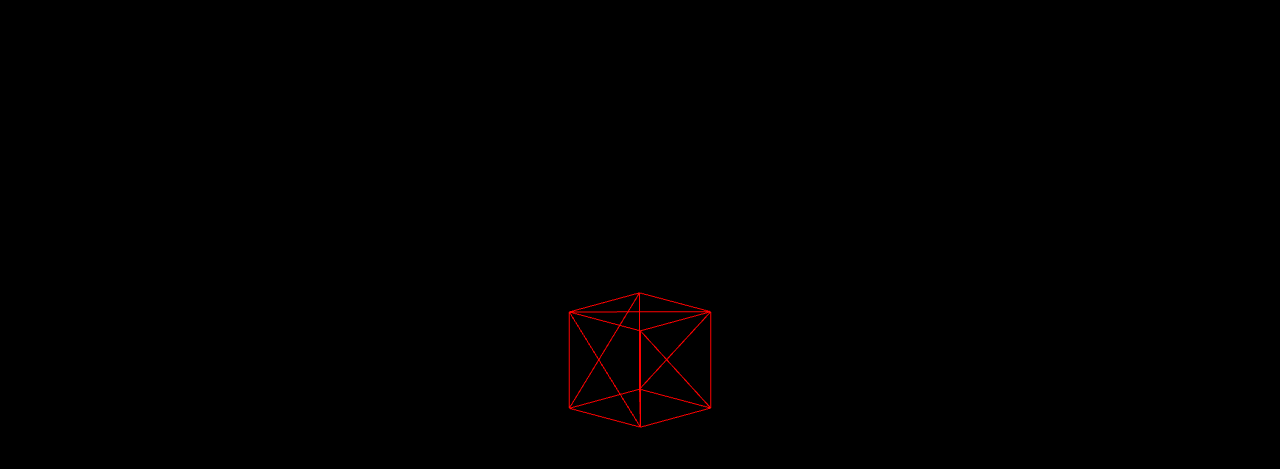
Repository: otterolie/multipleWindow3dScene
Page: multipleWindow3dScene/index.html
An editor plug-in stored every save of this project. The page is shown before and after the next save, followed by the edit.
The browser window is 1280 px wide. The pictures show the whole page.

Above is the page before, as saved 2023-11-23 18:28:29.

After the next save:
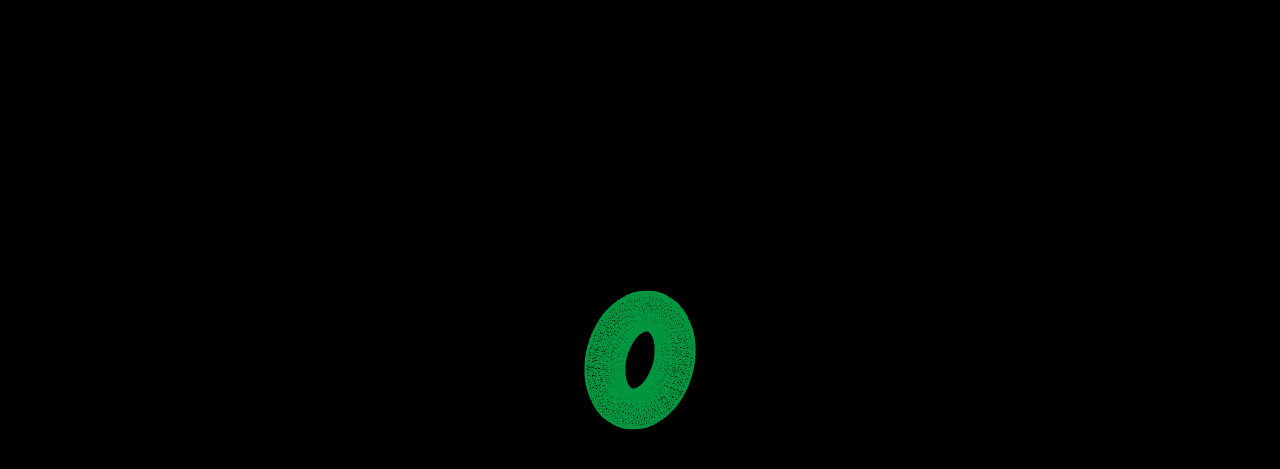
Saved 48 s later.
--- a/multipleWindow3dScene/main.js
+++ b/multipleWindow3dScene/main.js
@@ -104,30 +104,25 @@ if (new URLSearchParams(window.location.search).get("clear")) {
   function updateNumberOfCubes() {
     let wins = windowManager.getWindows();
 
-    // remove all cubes
-    cubes.forEach((c) => {
-      world.remove(c);
-    });
-
+    cubes.forEach((c) => world.remove(c));
     cubes = [];
 
-    // add new cubes based on the current window setup
     for (let i = 0; i < wins.length; i++) {
       let win = wins[i];
 
-      let c = new t.Color();
-      c.setHSL(i * 0.1, 1.0, 0.5);
+      // Create a random color
+      let c = new t.Color(Math.random(), Math.random(), Math.random());
 
-      let s = 100 + i * 50;
-      let cube = new t.Mesh(
-        new t.BoxGeometry(s, s, s),
+      // Create a torus geometry
+      let torus = new t.Mesh(
+        new t.TorusGeometry(50, 20, 16, 100), // You can adjust these parameters
         new t.MeshBasicMaterial({ color: c, wireframe: true })
       );
-      cube.position.x = win.shape.x + win.shape.w * 0.5;
-      cube.position.y = win.shape.y + win.shape.h * 0.5;
+      torus.position.x = win.shape.x + win.shape.w * 0.5;
+      torus.position.y = win.shape.y + win.shape.h * 0.5;
 
-      world.add(cube);
-      cubes.push(cube);
+      world.add(torus);
+      cubes.push(torus);
     }
   }
 
